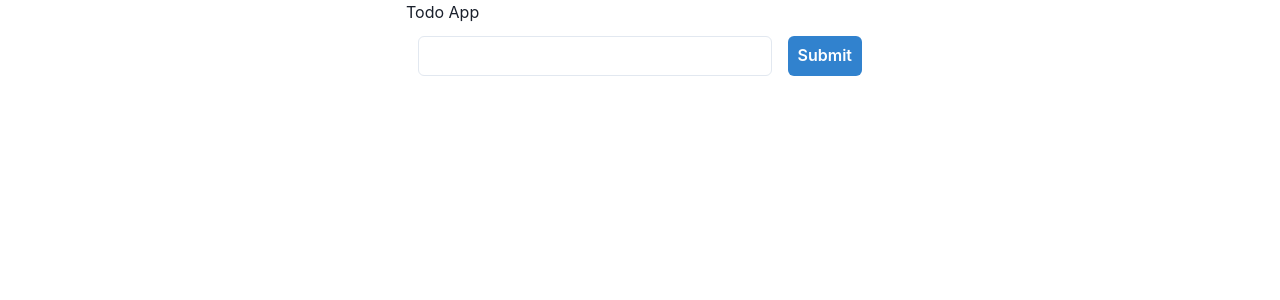
Repository: jammy729/todo-react
Page: /
These files come from the project's save history. The page is drawn as it stood at one moment and after the next save; the edit follows.
The browser window is 1280 px wide. The pictures show the whole page.
The page's requests for data from a server got no answer. The project was rebuilt for these pictures with package versions that can differ from the ones it lists, and the page was loaded fresh each time. No one was signed in, and anything a server would have sent is missing. Also part of the build but not shown: vite.config.js.

Above is the page before, as saved 2022-07-19 12:32:39.

After the next save:
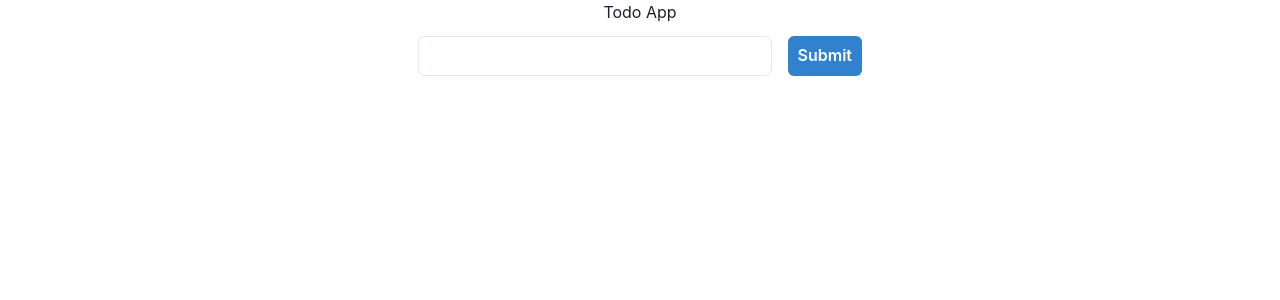
Saved 11 s later.
--- a/src/App.jsx
+++ b/src/App.jsx
@@ -70,7 +70,7 @@ const App = () => {
 
   return (
     <Container maxW='500px'>
-      <Box>
+      <Box align='center'>
         <Text>Todo App</Text>
       </Box>
       <Flex m={3}>
